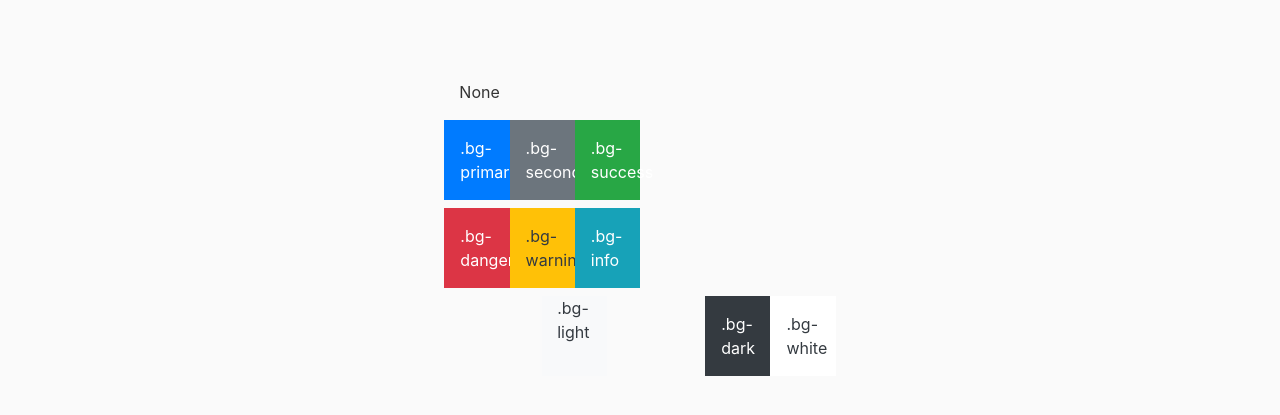
Repository: khanhdk0000/first_proj
Page: http://localhost/about
An editor plug-in stored every save of this project. The page is shown before and after the next save, followed by the edit.
The browser window is 1280 px wide. The pictures show the whole page.
Some web libraries are served in a nearby version. The page is served by the project's application, run on Flask 3 (flaskblog.py).

Above is the page before, as saved 2021-05-25 11:47:01.

After the next save:
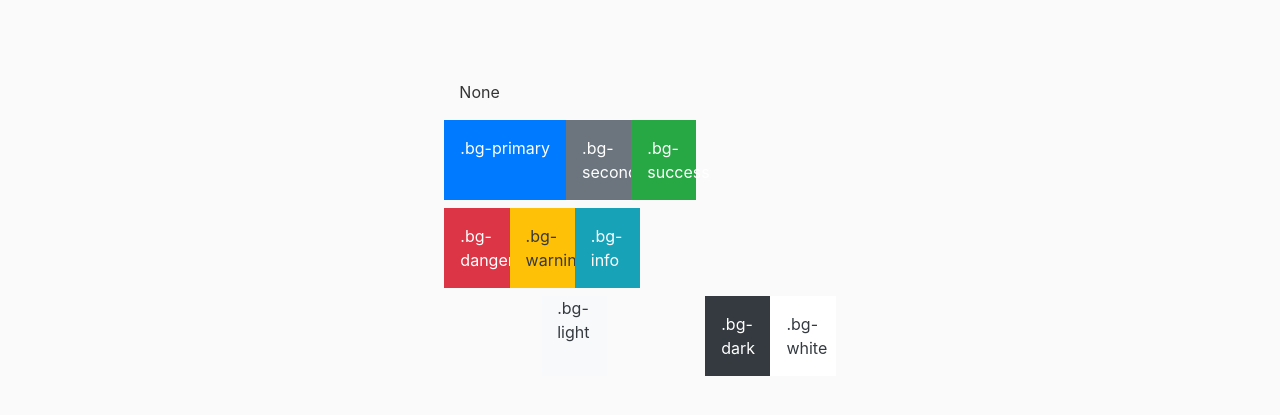
Saved 4 s later.
--- a/templates/about.html
+++ b/templates/about.html
@@ -3,7 +3,7 @@
 <div>
 <p>{{ var}}</p>
 <div class="row">
-    <div class="col-2 p-3 mb-2 bg-primary text-white">.bg-primary</div>
+    <div class=" p-3 mb-2 bg-primary text-white">.bg-primary</div>
     <div class="col-2 p-3 mb-2 bg-secondary text-white">.bg-secondary</div>
     <div class="col-2 p-3 mb-2 bg-success text-white">.bg-success</div>
 </div>
